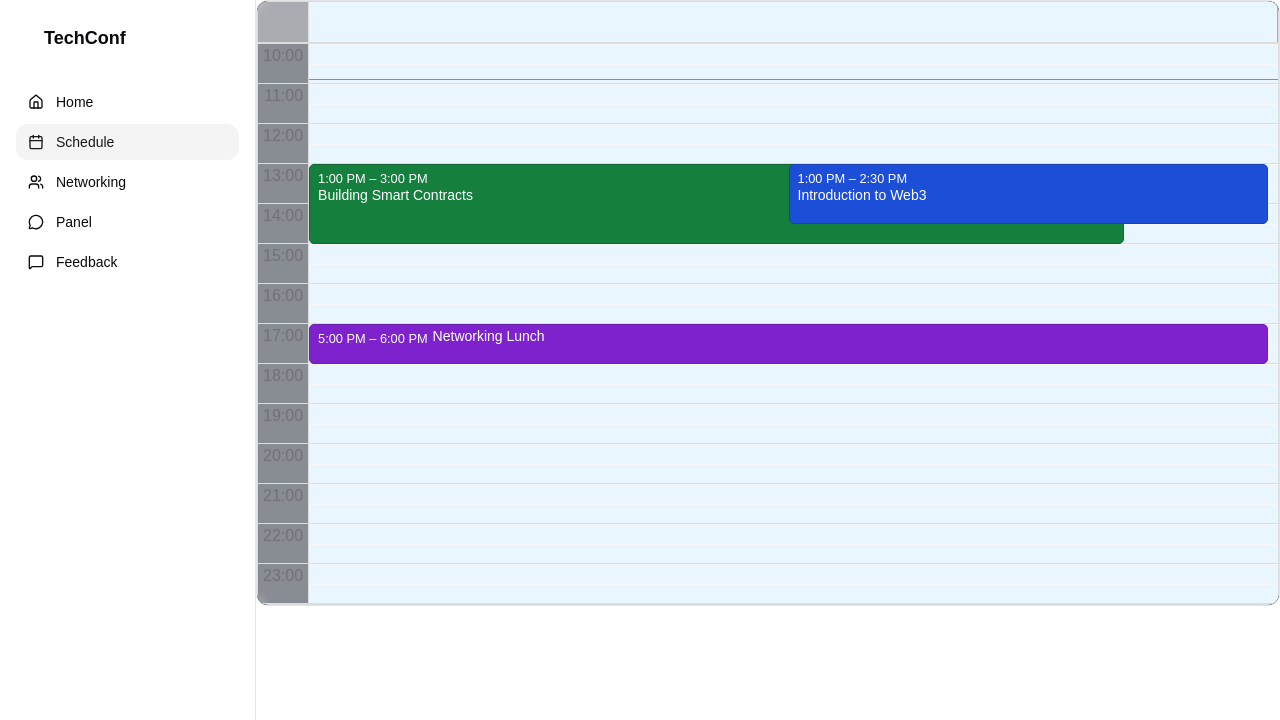
Repository: mrnavdal/symposium-2024
Page: /schedule (app in symposium24/)
These files come from the project's save history. The page is drawn as it stood at one moment and after the next save; the edit follows.
The browser window is 1280 px wide. The pictures show the whole page.
The project was rebuilt for these pictures with package versions that can differ from the ones it lists, and the page was loaded fresh each time. The framework's server and built-in components were replaced by stand-ins that run in the browser. Also part of the build but not shown: symposium24/next.config.ts.

Above is the page before, as saved 2024-11-08 14:40:06.

After the next save:
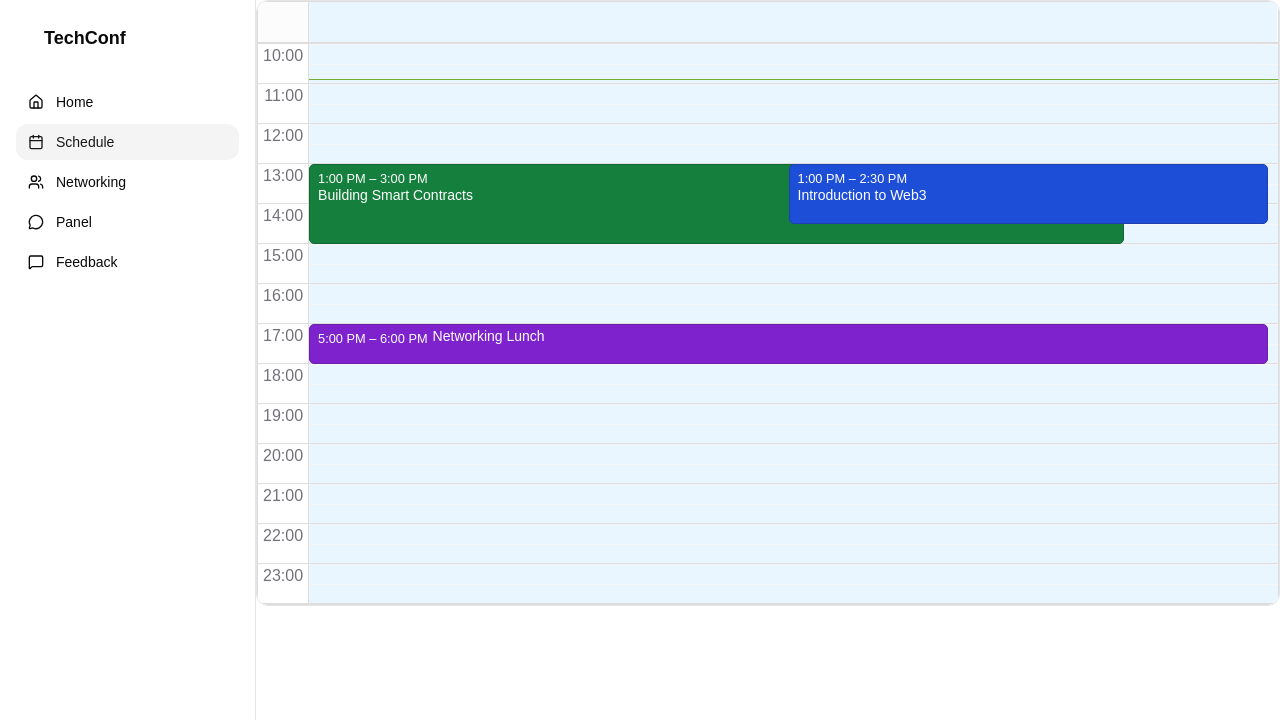
Saved 19 s later.
--- a/symposium24/src/components/Calendar.tsx
+++ b/symposium24/src/components/Calendar.tsx
@@ -45,9 +45,7 @@ export function Calendar({ events }: CalendarProps) {
 
   const calendarProps = useMemo(() => ({
     className: cn(
-      'h-[700px] md:h-[800px] bg-gray-900',
-      theme === 'dark' && 'rbc-calendar-dark',
-      'bg-gray-900'
+
     ),
     min: new Date(2024, 10, 8, 10, 0),
     max: new Date(2024, 10, 8, 23, 59),
